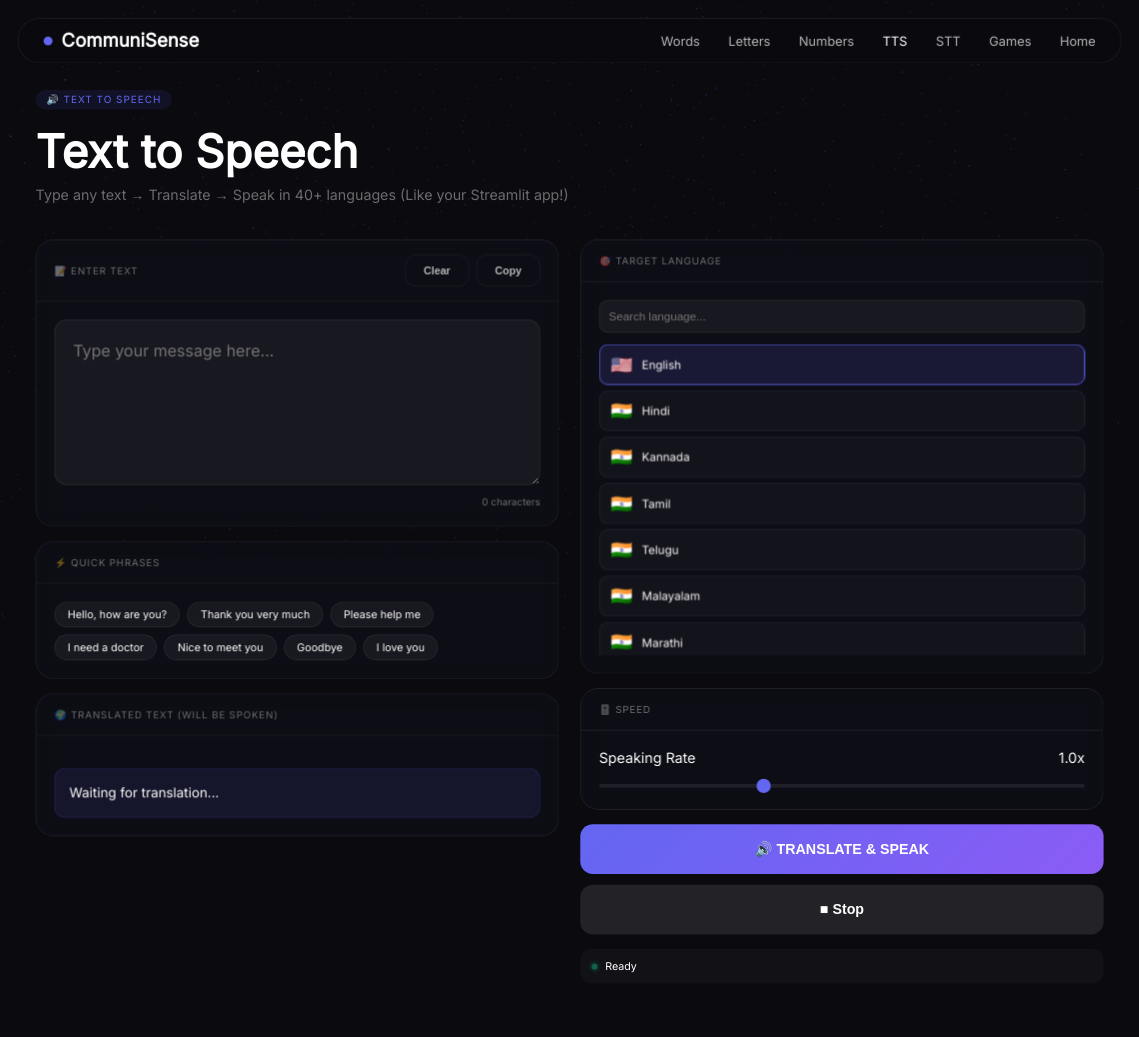
Repository: AI-Devsara01/-Real-Time-Multimodal-Communication-Platform-for-Speech-and-Hearing-Impaired-Individuals
Page: http://localhost/tts
These files come from the project's save history. The page is drawn as it stood at one moment and after the next save; the edit follows.
The browser window is 1280 px wide. The pictures show the whole page, at 89% of full size.
The page is served by the project's application, run on Flask 3 (app.py).

Above is the page before, as saved 2026-04-21 10:24:18.

After the next save:
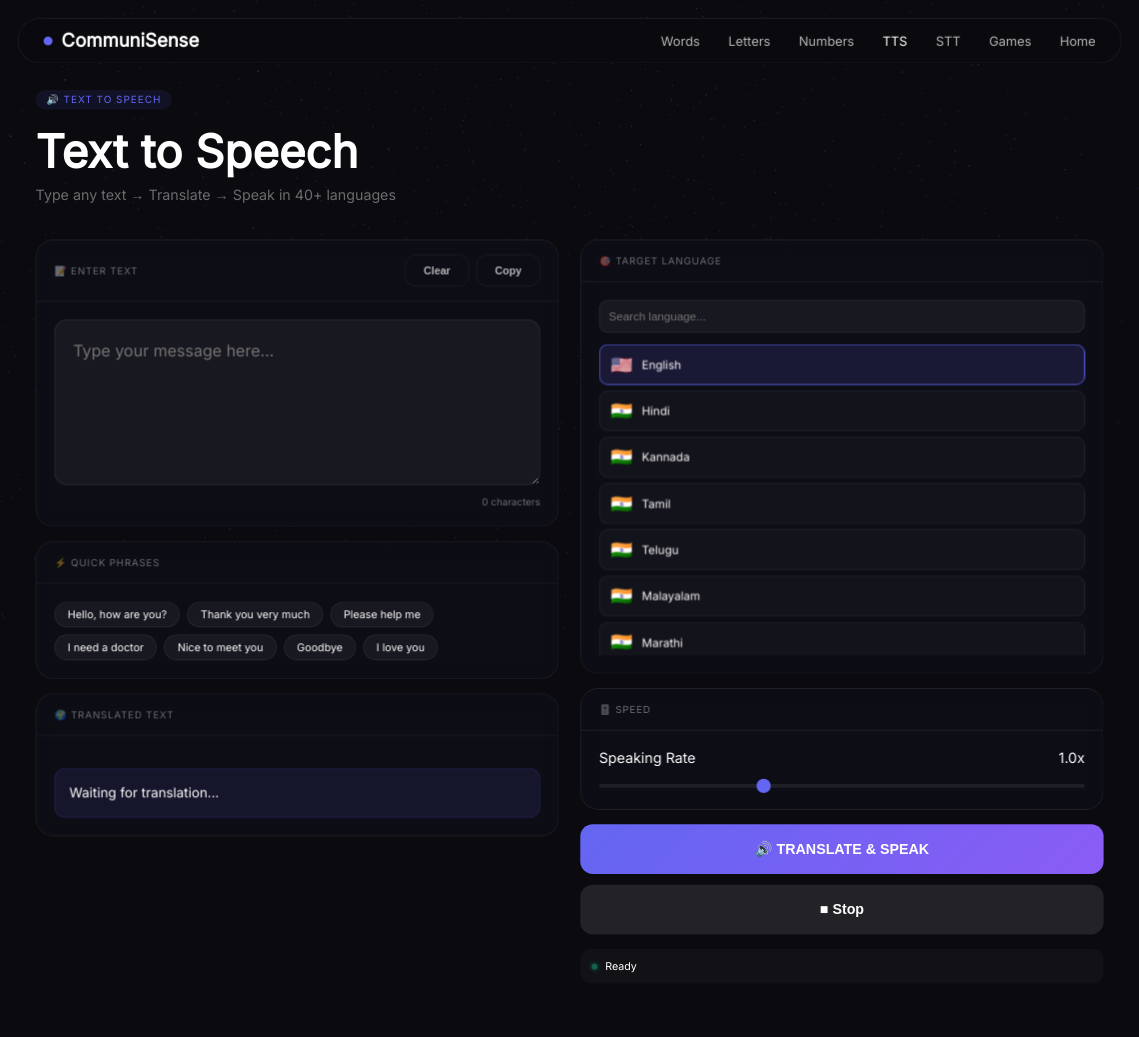
Saved 6 min 10 s later.
--- a/templates/tts.html
+++ b/templates/tts.html
@@ -73,7 +73,7 @@
     <div style="margin-bottom:40px">
         <span class="section-label">🔊 Text to Speech</span>
         <h1 style="font-size: clamp(32px,4vw,52px); font-weight:800;">Text to Speech</h1>
-        <p style="color:var(--text-muted); margin-top:8px;">Type any text → Translate → Speak in 40+ languages (Like your Streamlit app!)</p>
+        <p style="color:var(--text-muted); margin-top:8px;">Type any text → Translate → Speak in 40+ languages</p>
     </div>
     <div class="tts-grid">
         <div>
@@ -82,7 +82,7 @@
                 <div class="panel-body"><textarea id="ttsInput" class="big-textarea" rows="5" placeholder="Type your message here..."></textarea><div class="char-count"><span id="charCount">0</span> characters</div></div>
             </div>
             <div class="panel" style="margin-top:16px"><div class="panel-header"><span class="panel-title">⚡ Quick Phrases</span></div><div class="panel-body"><div class="phrase-bank" id="phraseBank"></div></div></div>
-            <div class="panel" style="margin-top:16px"><div class="panel-header"><span class="panel-title">🌍 Translated Text (Will be spoken)</span></div><div class="panel-body"><div class="translation-result"><div class="translated-text" id="translatedText">Waiting for translation...</div></div></div></div>
+            <div class="panel" style="margin-top:16px"><div class="panel-header"><span class="panel-title">🌍 Translated Text</span></div><div class="panel-body"><div class="translation-result"><div class="translated-text" id="translatedText">Waiting for translation...</div></div></div></div>
             <div id="errorMsg" class="error-message"></div>
         </div>
         <div>
@@ -180,15 +180,14 @@
             }
             setStatus('Generating speech...', 'loading');
             speakBtn.textContent = '⏳ Generating...';
-            // Use the new endpoint that works like your Streamlit code
-            const ttsResponse = await fetch('/api/tts_streamlit', {
+            const ttsResponse = await fetch('/api/tts', {
                 method: 'POST',
                 headers: { 'Content-Type': 'application/json' },
                 body: JSON.stringify({ text: finalText, lang: selectedLang.code })
             });
             if (!ttsResponse.ok) {
-                const errorData = await ttsResponse.json();
-                throw new Error(errorData.error || `Server error: ${ttsResponse.status}`);
+                const errorText = await ttsResponse.text();
+                throw new Error(`Server error: ${ttsResponse.status} - ${errorText.substring(0, 100)}`);
             }
             const data = await ttsResponse.json();
             if (!data.success || data.error) {
@@ -218,7 +217,7 @@
             await audio.play();
         } catch (err) {
             console.error('Error:', err);
-            document.getElementById('errorMsg').innerHTML = `❌ Error: ${err.message}. Make sure Flask server is running.`;
+            document.getElementById('errorMsg').innerHTML = `❌ Error: ${err.message}`;
             document.getElementById('errorMsg').style.display = 'block';
             setStatus('Error', 'error');
             speakBtn.disabled = false;
